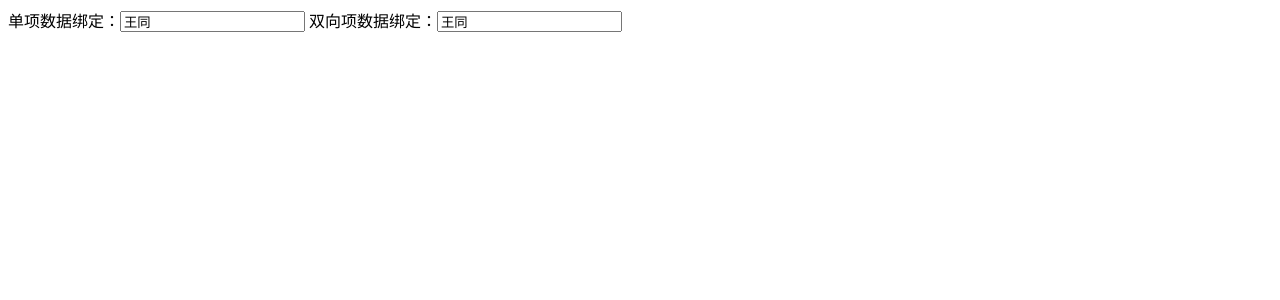
Repository: reggiepy/vueLeaning
Page: 03数据绑定/数据绑定.html
An editor plug-in stored every save of this project. The page is shown before and after the next save, followed by the edit.
The browser window is 1280 px wide. The pictures show the whole page.

Above is the page before, as saved 2021-12-05 13:39:00.

After the next save:
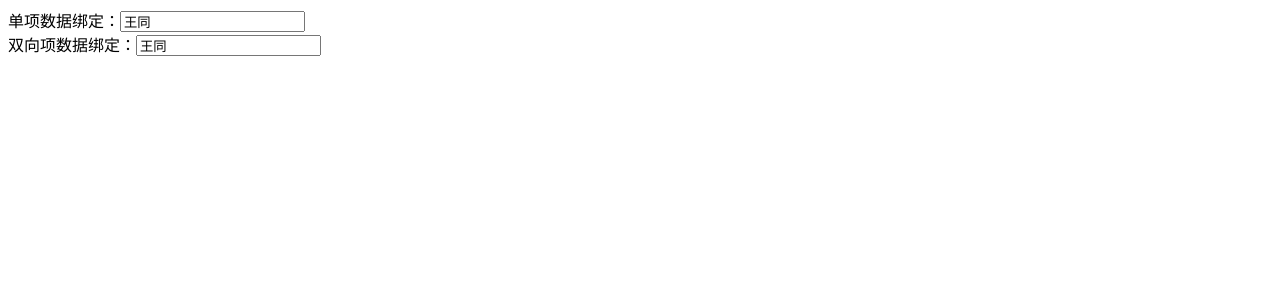
Saved 29 s later.
--- a/03数据绑定/数据绑定.html
+++ b/03数据绑定/数据绑定.html
@@ -9,7 +9,7 @@
 </head>
 <body>
     <div id="root">
-        单项数据绑定：<input type="text" v-bind:value="name">
+        单项数据绑定：<input type="text" v-bind:value="name"><br>
         双向项数据绑定：<input type="text" v-model:value="name">
     </div>
     <script>
